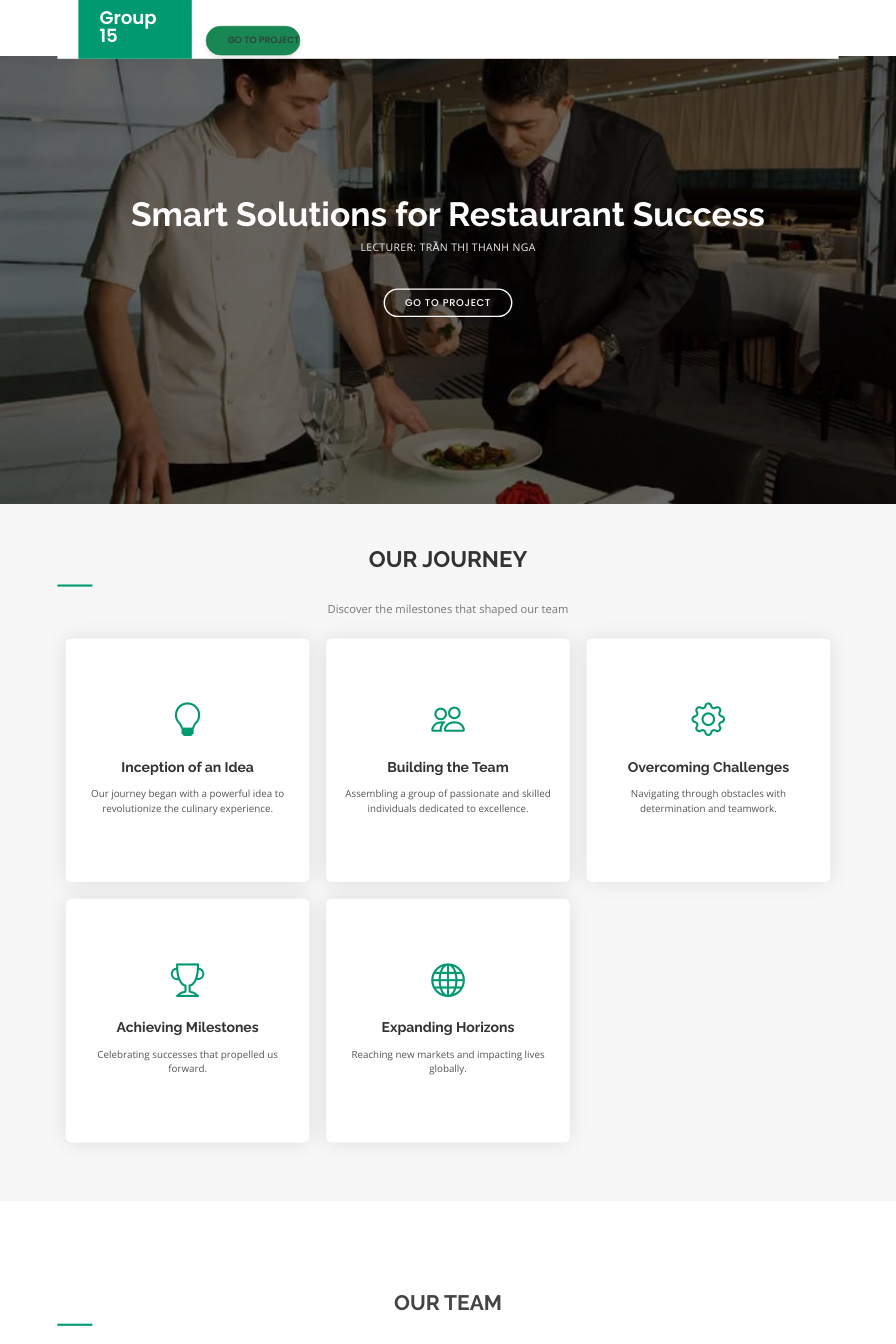
Repository: HoangKhangKhuPho4/Group_Web
Page: index.html
These files come from the project's save history. The page is drawn as it stood at one moment and after the next save; the edit follows.
The browser window is 1280 px wide. The pictures show the part of the page from y = 0 to 1920 px (the page is 2787 px tall), at 70% of full size.
Backgrounds fixed to the window are drawn as part of the page.

Above is the page before, as saved 2024-12-06 15:16:13.

After the next save:
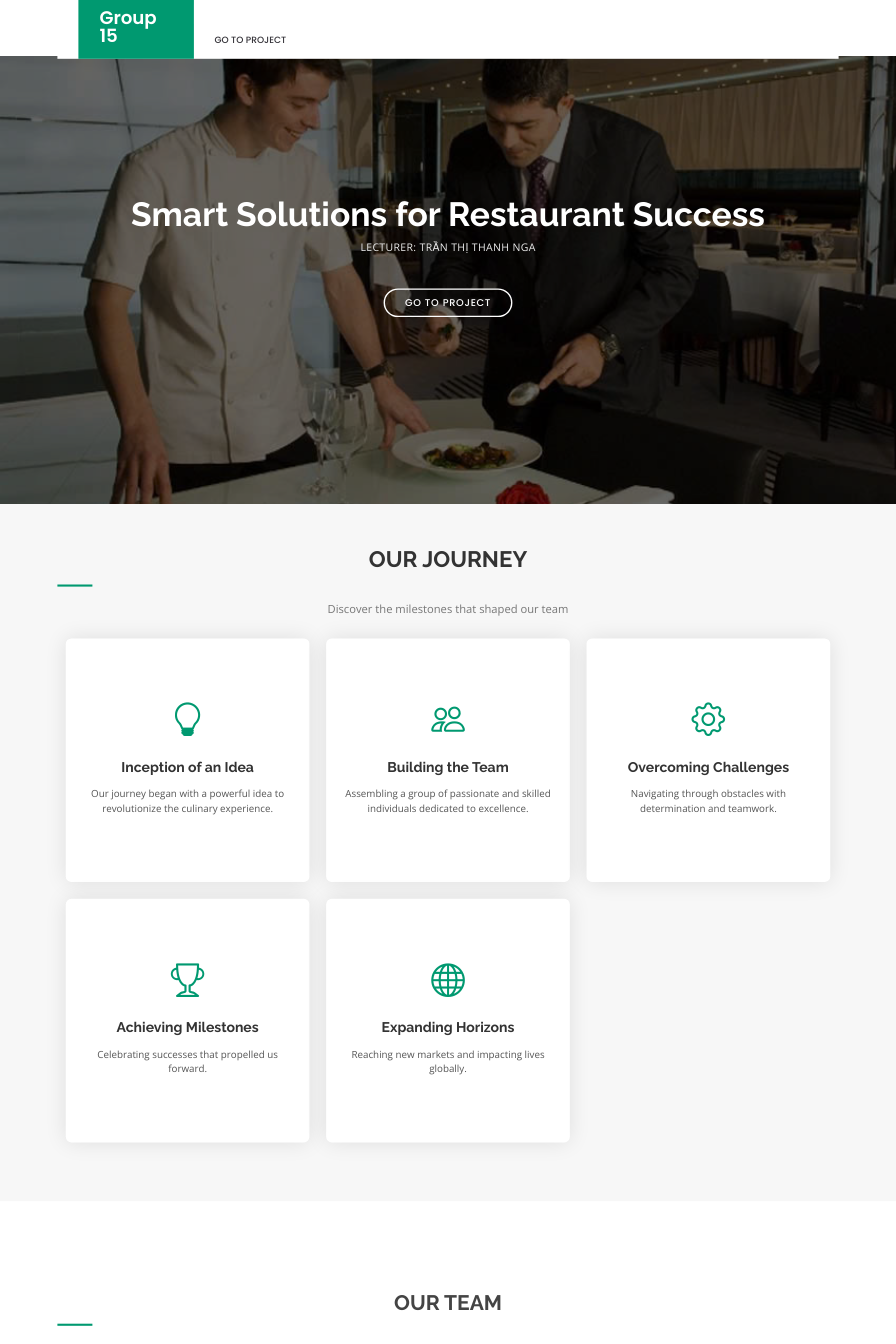
Saved 54 s later.
--- a/index.html
+++ b/index.html
@@ -195,9 +195,12 @@
               <li><a class="nav-link scrollto" href="project.html">Project</a></li>
               <li><a class="nav-link scrollto" href="contact.html">Contact</a></li>
             </ul>
-            <!-- Nút CTA được di chuyển ra ngoài danh sách ul -->
-            <a href="https://hoangkhangkhupho4.github.io/Project_Web/" target="_blank" class="btn btn-success">Go To Project</a>
-            <i class="bi bi-list mobile-nav-toggle"></i>
+            <a
+            href="https://hoangkhangkhupho4.github.io/Project_Web/"
+            target="_blank"
+            class="btn-get-started scrollto"
+            >Go To Project</a
+          >
           </nav>
 
 
